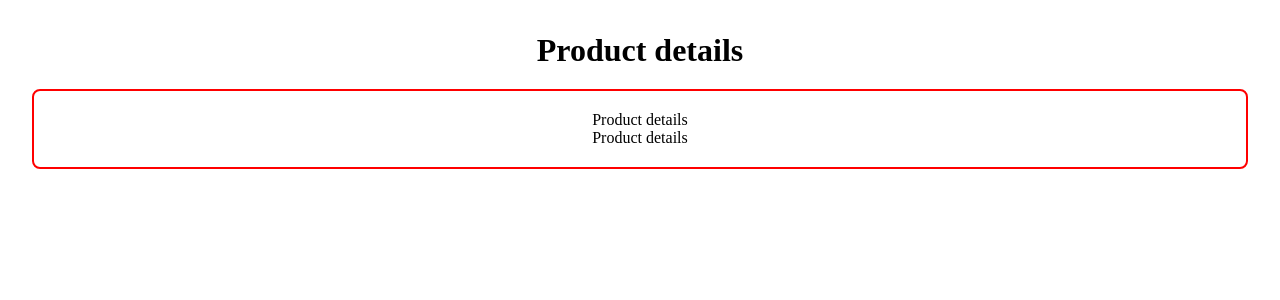
Repository: Manny1294/react-learning
Page: /
These files come from the project's save history. The page is drawn as it stood at one moment and after the next save; the edit follows.
The browser window is 1280 px wide. The pictures show the whole page.
The project was rebuilt for these pictures with package versions that can differ from the ones it lists, and the page was loaded fresh each time. Also part of the build but not shown: vite.config.js.

Above is the page before, as saved 2026-01-24 03:06:05.

### index.html
<!doctype html>
<html lang="en">
  <head>
    <meta charset="UTF-8" />
    <link rel="icon" type="image/svg+xml" href="/vite.svg" />
    <meta name="viewport" content="width=device-width, initial-scale=1.0" />
    <title>my-react-lesson</title>
  </head>
  <body>
    <div id="root"></div>
    <script type="module" src="/src/main.jsx"></script>
  </body>
</html>

### src/index.css
* {
  margin: 0;
  padding: 0;
  box-sizing: border-box;
}

body {
  font-family:Arial, Helvetica, sans-serif
  line-height: 1.6;
}

### src/App.jsx
import "./App.css";
import ProductCard from "./components/ProductCard";

function App() {
  return (
    <>
      <ProductCard />
    </>
  );
}

export default App;

### src/components/ProductCard.jsx
import "./ProductCard.css";

function ProductCard() {
  return (
    <>
      <h1 style={{ marginBottom: "20px" }}>Product details</h1>
      <div className="card">
        {/* left- pictures */}
        <div>
          <p>Product details</p>
        </div>
        <div>
          <p>Product details</p>
        </div>
      </div>
    </>
  );
}

export default ProductCard;

### src/components/ProductCard.css
.card {
  border: 2px solid hsl(0, 100%, 50%);
  padding: 20px;
  border-radius: 8px;
}

Loaded but not shown: src/main.jsx (common file); src/App.css (common file)

After the next save:
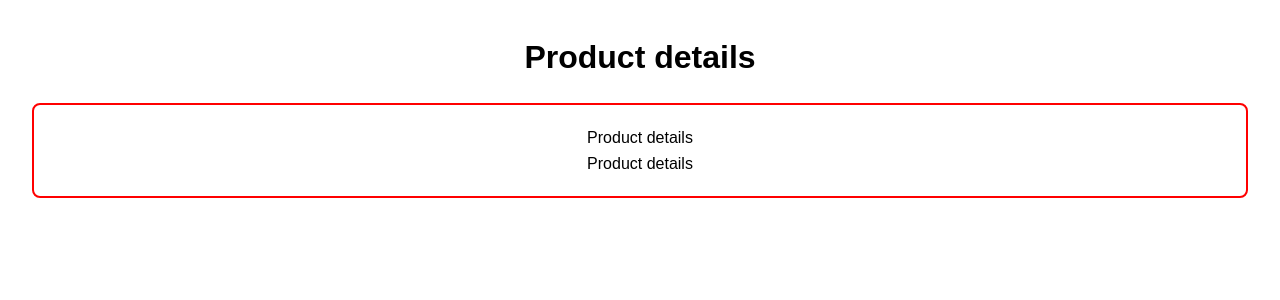
Saved 63 s later.
--- a/src/index.css
+++ b/src/index.css
@@ -5,6 +5,6 @@
 }
 
 body {
-  font-family:Arial, Helvetica, sans-serif
+  font-family: Arial, Helvetica, sans-serif;
   line-height: 1.6;
 }
